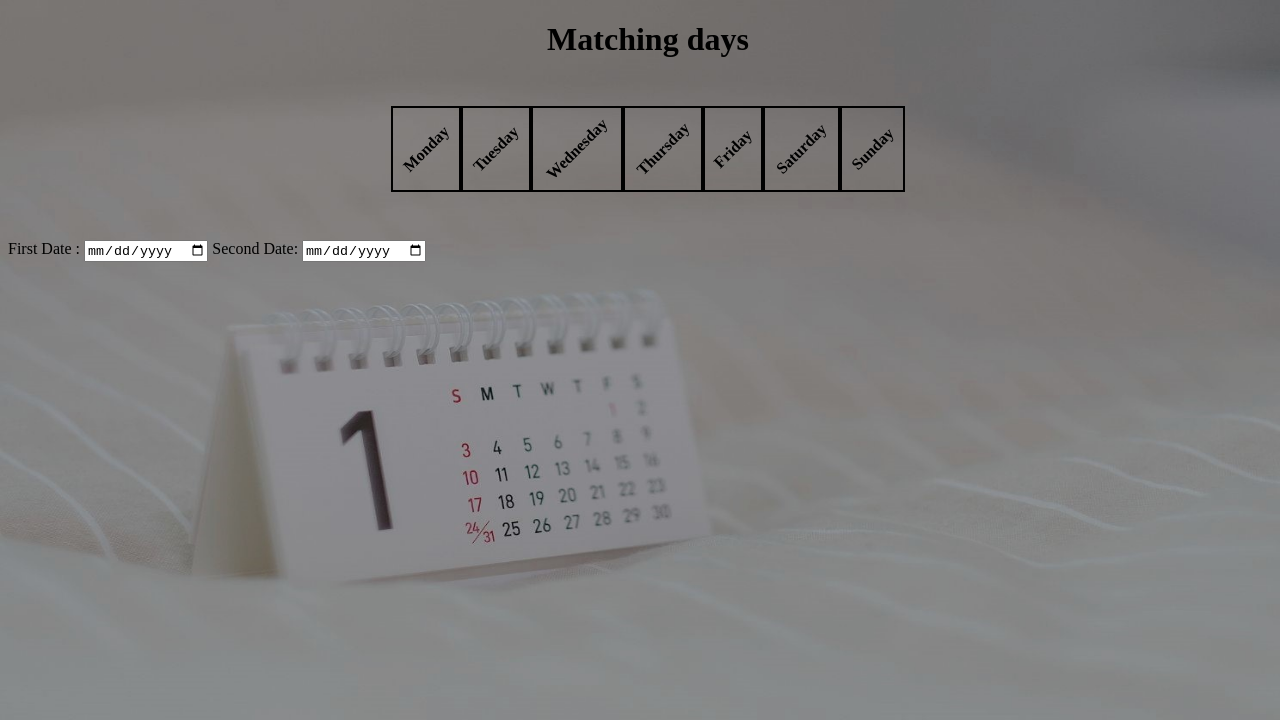
Repository: lasity34/matching-days
Page: index.html
These files come from the project's save history. The page is drawn as it stood at one moment and after the next save; the edit follows.
The browser window is 1280 px wide. The page is 1288 px wide, so the pictures cover 1288 px, including what lies to the right of the window. The pictures show the whole page.
Some web fonts or font styles are not loaded; a fallback is used. Some web libraries are served in a nearby version.

Above is the page before, as saved 2023-05-10 10:53:31.

### index.html
<!DOCTYPE html>
<html lang="en">
<head>
    <meta charset="UTF-8">
    <meta http-equiv="X-UA-Compatible" content="IE=edge">
    <meta name="viewport" content="width=device-width, initial-scale=1.0">
    <title>Matching days</title>
    <link rel="preconnect" href="https://fonts.googleapis.com">
<link rel="preconnect" href="https://fonts.gstatic.com" crossorigin>
<link href="https://fonts.googleapis.com/css2?family=Battambang:wght@300;400;700&display=swap" rel="stylesheet">
    <link rel="stylesheet" href="style.css" >
    <script src="https://cdnjs.cloudflare.com/ajax/libs/handlebars.js/4.0.11/handlebars.min.js"></script>
    <script type="text/x-template" id="days_template">
        {{#each different_days}}
        <div class="day_box"><p class="day_text">{{day}}</p></div>
        {{/each}}
    </script>
</head>
<body>

    <h1>Matching days</h1>
    <section class="days_container">

    </section>
    <section class="date_input_container">
        <label for="first_date">First Date :</label>
        <input type="date" id="first_date" name="first_date" />
        <label for="second_date">Second Date:</label>
        <input type="date" id="second_date" name="second_date"/>
    </section>


        <!-- matching-days function -->
        <script src="/matching-days.js" charset="utf-8"></script>
        <!-- followed by the tests -->
        <script src="./matching-days-factory.js" charset="utf-8"></script>

</body>
</html>

### style.css

html {
    font-family: 'Battambang', cursive;
    background: url("./Images/background.jpg") no-repeat  center / 100% 100% fixed ;
}

body {
    width: 100%;
}

h1 {
    text-align: center;
}
/* days display */
.days_container {
    display: flex;
    justify-content: center;
    margin: 3em auto;
    width: 100%;
}

.day_box {
    border: 2px solid black;
    padding: 1em 0.3em;

}

.day_text {
    transform: rotate(-45deg);
    font-weight: 700;
}

/* dates input */


.date_input_container {

}

### matching-days.js



document.addEventListener("DOMContentLoaded", function() {

    const template_source = document.querySelector("#days_template").innerHTML
    const days_template = Handlebars.compile(template_source)
    const days_data_display = document.querySelector(".days_container")

    const daysData = {
        different_days: [
            { day: "Monday"},
            { day: "Tuesday"},
            { day: "Wednesday"},
            { day: "Thursday"},
            { day: "Friday"},
            { day: "Saturday"},
            { day: "Sunday"}
        ]
    }

    const daysDataHTML = days_template(daysData)

    days_data_display.innerHTML = daysDataHTML

})

Loaded but not shown: matching-days-factory.js (no stored copy; drawn as an empty file)

After the next save:
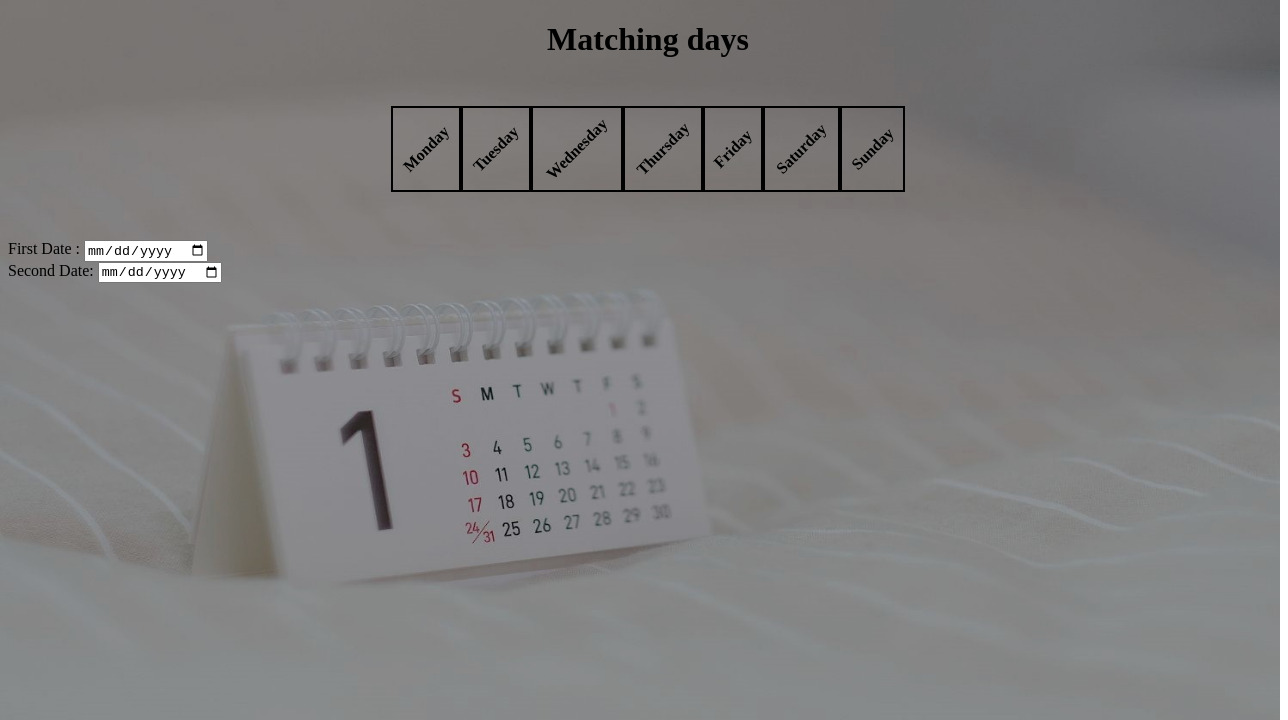
Saved 30 s later.
--- a/index.html
+++ b/index.html
@@ -23,10 +23,16 @@
 
     </section>
     <section class="date_input_container">
-        <label for="first_date">First Date :</label>
-        <input type="date" id="first_date" name="first_date" />
-        <label for="second_date">Second Date:</label>
-        <input type="date" id="second_date" name="second_date"/>
+        <div>
+
+            <label for="first_date">First Date :</label>
+            <input type="date" id="first_date" name="first_date" />
+        </div>
+        <div>
+
+            <label for="second_date">Second Date:</label>
+            <input type="date" id="second_date" name="second_date"/>
+        </div>
     </section>
 
 
